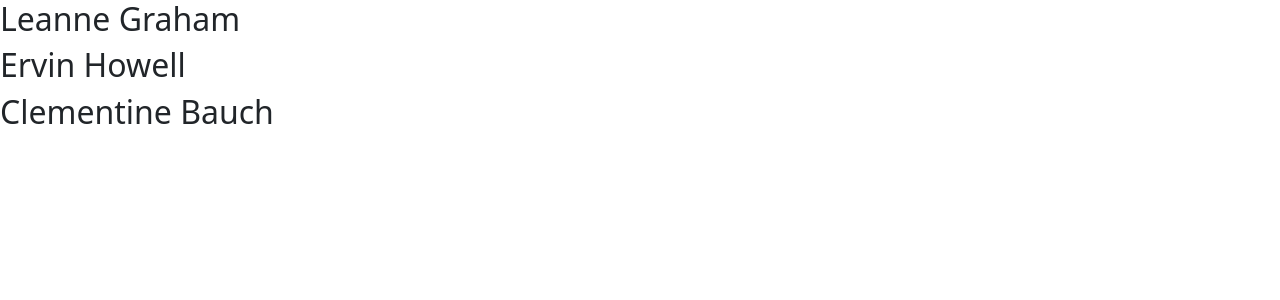
Repository: DeraBola/user-app
Page: /
The author's editor kept a copy of each file at every save. The page is drawn from the files as they stood at one save, then again after a run of saves.
The browser window is 1280 px wide. The pictures show the whole page.
The project was rebuilt for these pictures with package versions that can differ from the ones it lists, and the page was loaded fresh each time.

Above is the page before, as saved 2022-08-04 19:31:04.

### src/index.js
import React from 'react';
import ReactDOM from 'react-dom/client';
import './index.css';
import App from './App';


const root = ReactDOM.createRoot(document.getElementById('root'));
root.render(
  <React.StrictMode>
    <App />
  </React.StrictMode>
);

### src/App.js

 import React, { useState } from "react";
 import "bootstrap/dist/css/bootstrap.min.css"
 import './App.css'
 import UsersList from "../src/components/UsersList";

const App = () => {

const [users, setusers] = useState([
  {
      "id": 1,
      "name": "Leanne Graham",
      "username": "Bret",
      "email": "Sincere@april.biz",
      "address": {
          "street": "Kulas Light",
          "suite": "Apt. 556",
          "city": "Gwenborough",
          "zipcode": "92998-3874",
          "geo": {
              "lat": "-37.3159",
              "lng": "81.1496"
          }
      },
      "phone": "1-770-736-8031 x56442",
      "website": "hildegard.org",
      "company": {
          "name": "Romaguera-Crona",
          "catchPhrase": "Multi-layered client-server neural-net",
          "bs": "harness real-time e-markets"
      }
  },
  {
      "id": 2,
      "name": "Ervin Howell",
      "username": "Antonette",
      "email": "Shanna@melissa.tv",
      "address": {
          "street": "Victor Plains",
          "suite": "Suite 879",
          "city": "Wisokyburgh",
          "zipcode": "90566-7771",
          "geo": {
              "lat": "-43.9509",
              "lng": "-34.4618"
          }
      },
      "phone": "010-692-6593 x09125",
      "website": "anastasia.net",
      "company": {
          "name": "Deckow-Crist",
          "catchPhrase": "Proactive didactic contingency",
          "bs": "synergize scalable supply-chains"
      }
  },
  {
      "id": 3,
      "name": "Clementine Bauch",
      "username": "Samantha",
      "email": "Nathan@yesenia.net",
      "address": {
          "street": "Douglas Extension",
          "suite": "Suite 847",
          "city": "McKenziehaven",
          "zipcode": "59590-4157",
          "geo": {
              "lat": "-68.6102",
              "lng": "-47.0653"
          }
      },
      "phone": "1-463-123-4447",
      "website": "ramiro.info",
      "company": {
          "name": "Romaguera-Jacobson",
          "catchPhrase": "Face to face bifurcated interface",
          "bs": "e-enable strategic applications"
      }
  },]);

  return (
    <div className="App">
    <UsersList users={users} />
    </div>
  )
};

export default App;

### src/App.css
@import url('https://fonts.googleapis.com/css2?family=Manrope:wght@300;400&family=Poppins:wght@300;400;500;600&display=swap');
body {
    font-family: ;
}

### src/components/UsersList.js
import React from "react";

const UsersList = (props) =>{
    return (
        <>
        {props.users.map((user, index) => (
        <div>
            <h2>{user.name}</h2>
        </div>
    ))}
        </>
    );
};

export default UsersList;

Loaded but not shown: public/index.html (common file); src/index.css (common file)

After the next 3 saves:
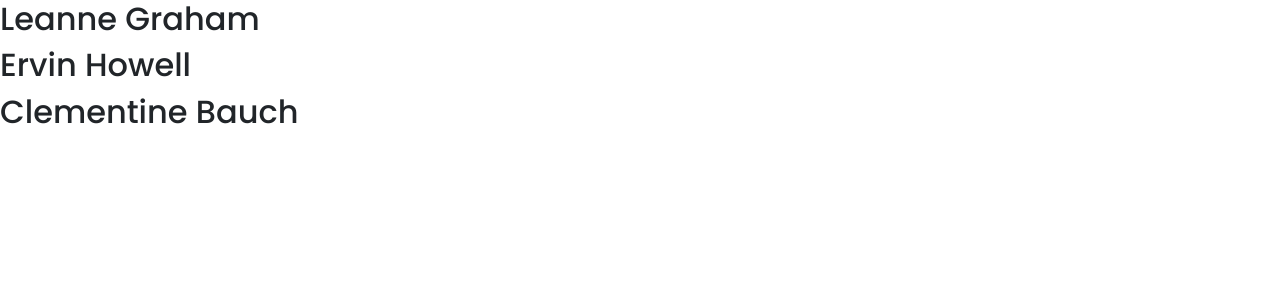
The 3 saves are shown as one change because they came seconds apart.
The last was saved 13 s later.
--- a/src/App.css
+++ b/src/App.css
@@ -1,4 +1,4 @@
 @import url('https://fonts.googleapis.com/css2?family=Manrope:wght@300;400&family=Poppins:wght@300;400;500;600&display=swap');
 body {
-    font-family: ;
+    font-family: 'Poppins';
 }
